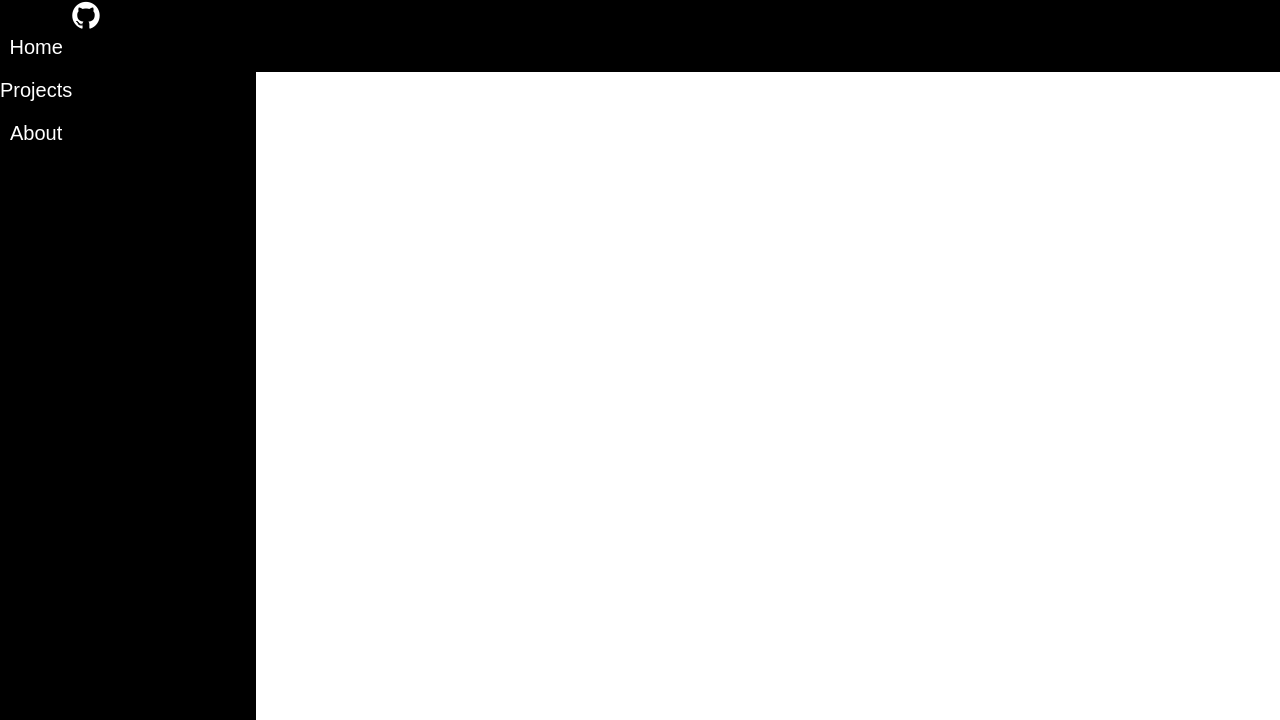
Repository: josephinel6/josephinel6.github.io
Page: index.html
An editor plug-in stored every save of this project. The page is shown before and after the next save, followed by the edit.
The browser window is 1280 px wide. The pictures show the whole page.

Above is the page before, as saved 2023-04-04 10:56:31.

### index.html
<!DOCTYPE html>
<html>

<head>
    <style>
        :root.light {
            --color-bg: white;
            --color-menu-text: black;
        }

        :root.dark {
            --color-bg: black;
            --color-menu-text: white;
        }

        /* :root {
            --color-bg: black;
        } */

        html,
        body {
            height: 100%;
            width: 100%;
            margin: 0;
            position: relative;
            /* border-color: blue;
            border-radius: 10px;
            border-style: solid; */
            padding: 0;
        }

        #menu {
            height: 100%;
            width: 20%;
            position: absolute;
            z-index: 1;
            top: 0;
            bottom: 0;
            background-color: var(--color-bg);
        }

        #topbar {
            width: 100%;
            height: 10%;
            background-color: var(--color-bg);
            position: absolute;
        }

        .menutext {
            color: var(--color-menu-text);
            font-family: sans-serif;
            font-size: 20px;
        }

        .fa-github {
            color: var(--color-menu-text);
        }
    </style>
    <link rel="stylesheet" href="https://cdnjs.cloudflare.com/ajax/libs/font-awesome/4.7.0/css/font-awesome.min.css">
    <script type="module" src="https://cdn.jsdelivr.net/gh/zerodevx/zero-md@2/dist/zero-md.min.js"></script>
</head>

<body>
    <div id="menu">
        <div style="position:relative; display: flex">
            <div>
                <CENTER>
                    <p class="menutext" style="margin-top: 50%"> Home </p>
                    <p class="menutext"> Projects </p>
                    <p class="menutext"> About </p>
                </CENTER>
            </div>
            <CENTER>
                <div style="vertical-align: baseline;">
                    <i href="https://github.com/josephinel6" class="fa fa-github fa-2x"></i>
                </div>
            </CENTER>
        </div>
    </div>
    <div id="topbar">

    </div>
    <script>
        window.onload = function () {
            document.documentElement.classList.remove("light")
            document.documentElement.classList.add("dark")
            window.localStorage.setItem('mode', 'dark');
            console.log("dark")
        }

        function openpage(pageName, elmnt) {
            var i, tabcontent, tablinks;
            tabcontent = document.getElementsByClassName("tabcontent");
            for (i = 0; i < tabcontent.length; i++) {
                tabcontent[i].style.display = "none";
            }
            tablinks = document.getElementsByClassName("tablink");
            for (i = 0; i < tablinks.length; i++) {
                tablinks[i].style.backgroundColor = "";
            }
            document.getElementById(pageName).style.display = "block";

            document.body.scrollTop = 0;
            document.documentElement.scrollTop = 0;
            console.log("ducks")
        }
    </script>

</body>

</html>

After the next save:
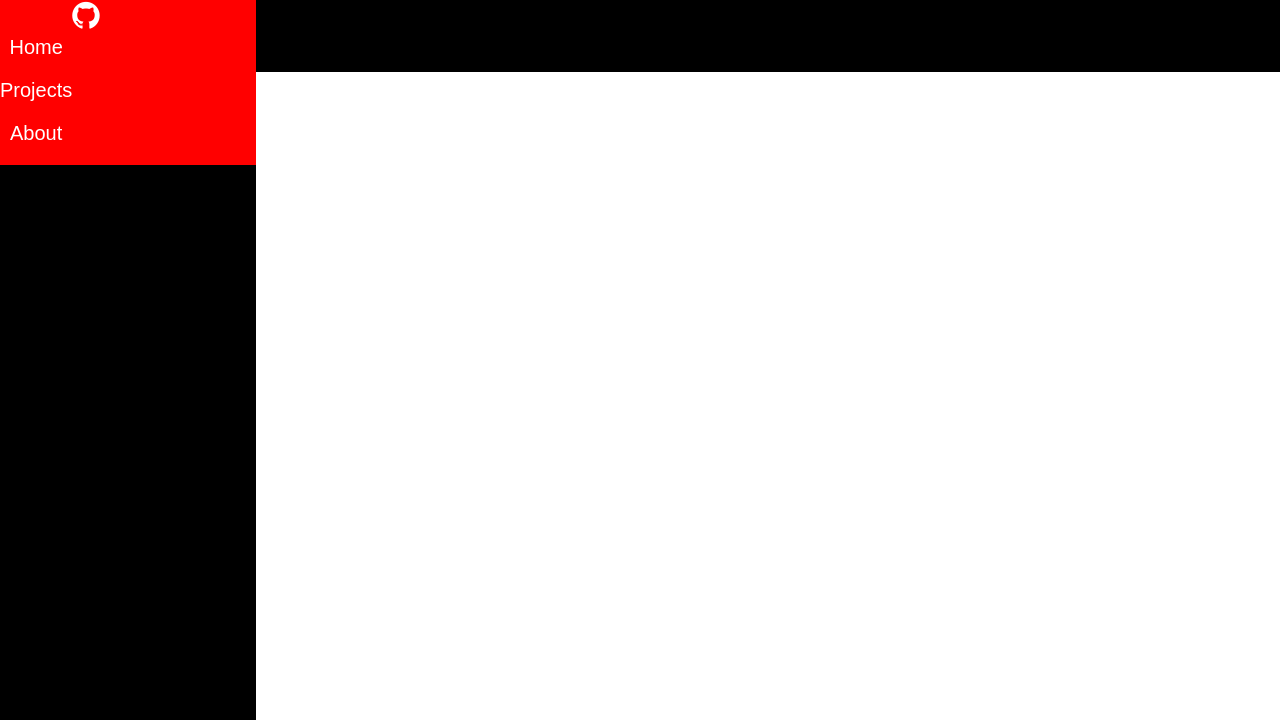
Saved 4 s later.
--- a/index.html
+++ b/index.html
@@ -62,7 +62,7 @@
 
 <body>
     <div id="menu">
-        <div style="position:relative; display: flex">
+        <div style="position:relative; display: flex; background-color: red;">
             <div>
                 <CENTER>
                     <p class="menutext" style="margin-top: 50%"> Home </p>
